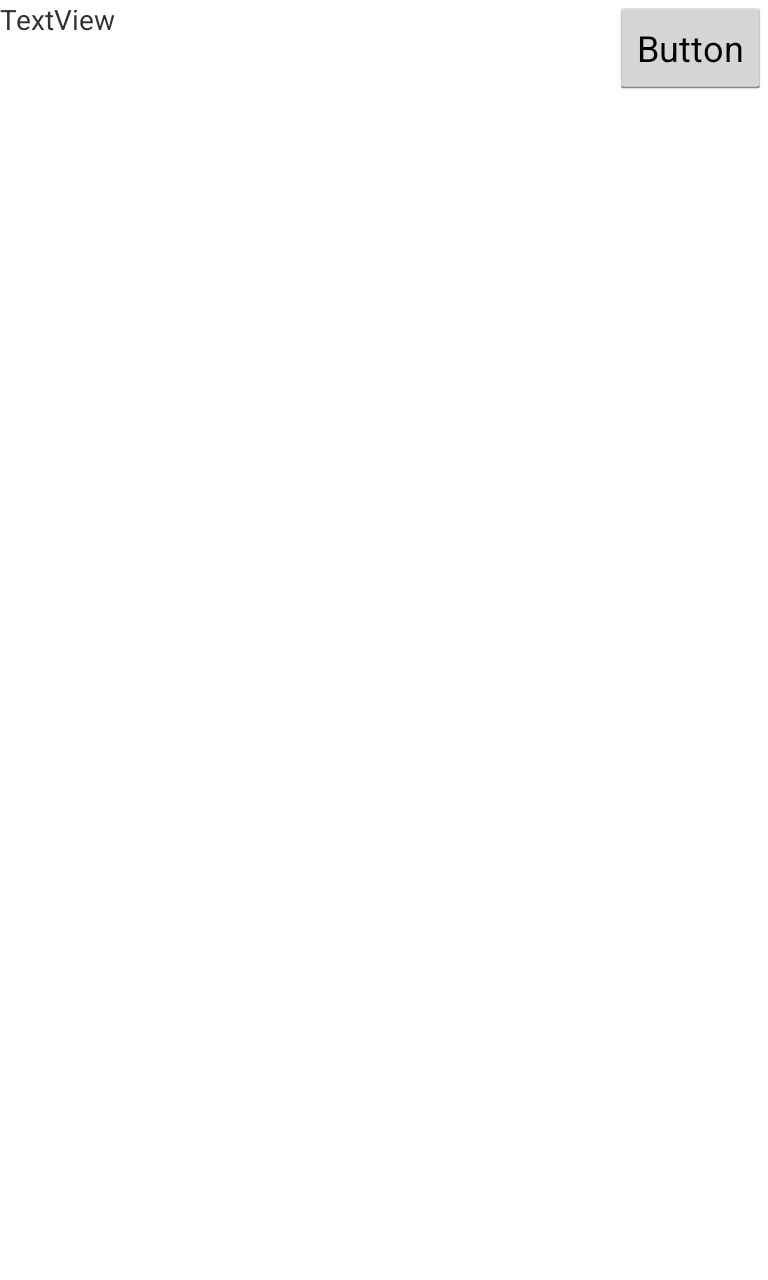
Repository: arweber1/CMPUT301_Assignment1
Layout: Assignment1/res/layout/manage_counters.xml
These files come from the project's save history. The layout is drawn as it stood at one moment and after a run of saves; the edit follows.
It is drawn on a 768 x 1280 px phone screen (xhdpi) without system bars, with theme AppTheme; the app's code is not run. Lists and similar views that code fills are empty.

Above is the layout before, as saved 2014-01-26 07:12:24.

### Assignment1/res/layout/manage_counters.xml
<?xml version="1.0" encoding="utf-8"?>
<RelativeLayout xmlns:android="http://schemas.android.com/apk/res/android"
    android:layout_width="match_parent"
    android:layout_height="match_parent" >

    <ListView
        android:id="@+id/manage_list"
        android:layout_width="match_parent"
        android:layout_height="wrap_content"
        android:layout_alignParentLeft="true"
        android:layout_below="@+id/button1" >

    </ListView>

    <TextView
        android:id="@+id/textView1"
        android:layout_width="wrap_content"
        android:layout_height="wrap_content"
        android:layout_alignParentLeft="true"
        android:layout_alignParentTop="true"
        android:text="TextView" />

    <Button
        android:id="@+id/button1"
        android:layout_width="wrap_content"
        android:layout_height="wrap_content"
        android:layout_alignParentRight="true"
        android:layout_alignParentTop="true"
        android:text="Button" />

</RelativeLayout>

### Assignment1/res/values/strings.xml
<?xml version="1.0" encoding="utf-8"?>
<resources>

    <string name="app_name">arweber-notes</string>
    <string name="action_settings">Settings</string>
    <string name="hello_world">Hello world!</string>
	<string name="add_counter">+ Add new counter</string>
	<string name="manage_counters">Manage counters</string>
	<string name="enter_counter_name">Enter a name for this counter</string>
	<string name="create_new_counter">Create</string>
	<string name="cancel_button">Cancel</string>
	<string name="edit_name">Edit Name</string>
	<string name="reset_count">Reset count</string>
	<string name="save_button">Save Changes</string>
	<string name="delete_button">Delete This Counter</string>

	<color name="test">#99FFFF</color>
</resources>

Loaded but not shown: Assignment1/res/values/styles.xml (common file); Assignment1/res/values-v11/styles.xml (common file); Assignment1/res/values-v14/styles.xml (common file)

After the next 2 saves:
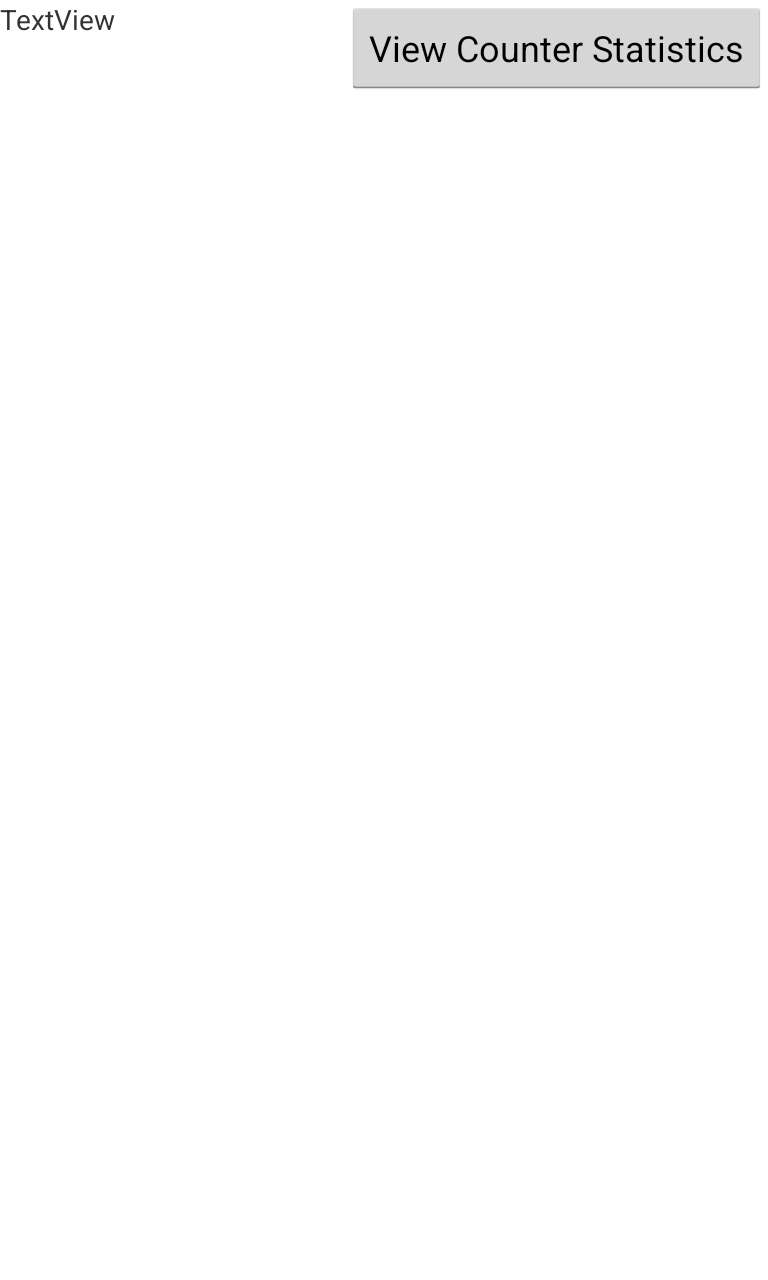
The 2 saves are shown as one change because 1 did not build or start.
The last was saved 75 s later.
--- a/Assignment1/res/layout/manage_counters.xml
+++ b/Assignment1/res/layout/manage_counters.xml
@@ -21,11 +21,11 @@
         android:text="TextView" />
 
     <Button
-        android:id="@+id/button1"
+        android:id="@+id/stats_button"
         android:layout_width="wrap_content"
         android:layout_height="wrap_content"
         android:layout_alignParentRight="true"
         android:layout_alignParentTop="true"
-        android:text="Button" />
+        android:text="@string/view_stats" />
 
 </RelativeLayout>
--- a/Assignment1/res/values/strings.xml
+++ b/Assignment1/res/values/strings.xml
@@ -13,6 +13,6 @@
 	<string name="reset_count">Reset count</string>
 	<string name="save_button">Save Changes</string>
 	<string name="delete_button">Delete This Counter</string>
-
+	<string name="view_stats">View Counter Statistics</string>
 	<color name="test">#99FFFF</color>
 </resources>
